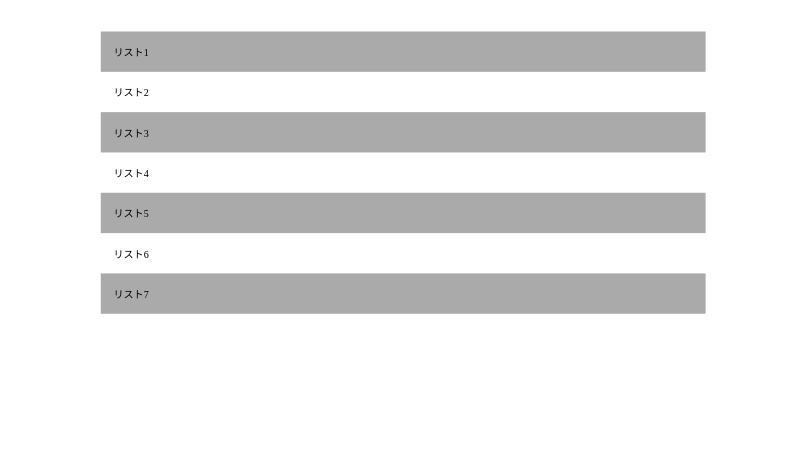
Repository: Y-takumi0/DMMwebcamp
Page: exercise/chapter8.html
The author's editor kept a record of every edit. The page is drawn from the files as they stood at one moment, then again after the next edit.
The browser window is 1280 px wide. The pictures show the whole page, at 63% of full size.

Above is the page before.

After the next edit:
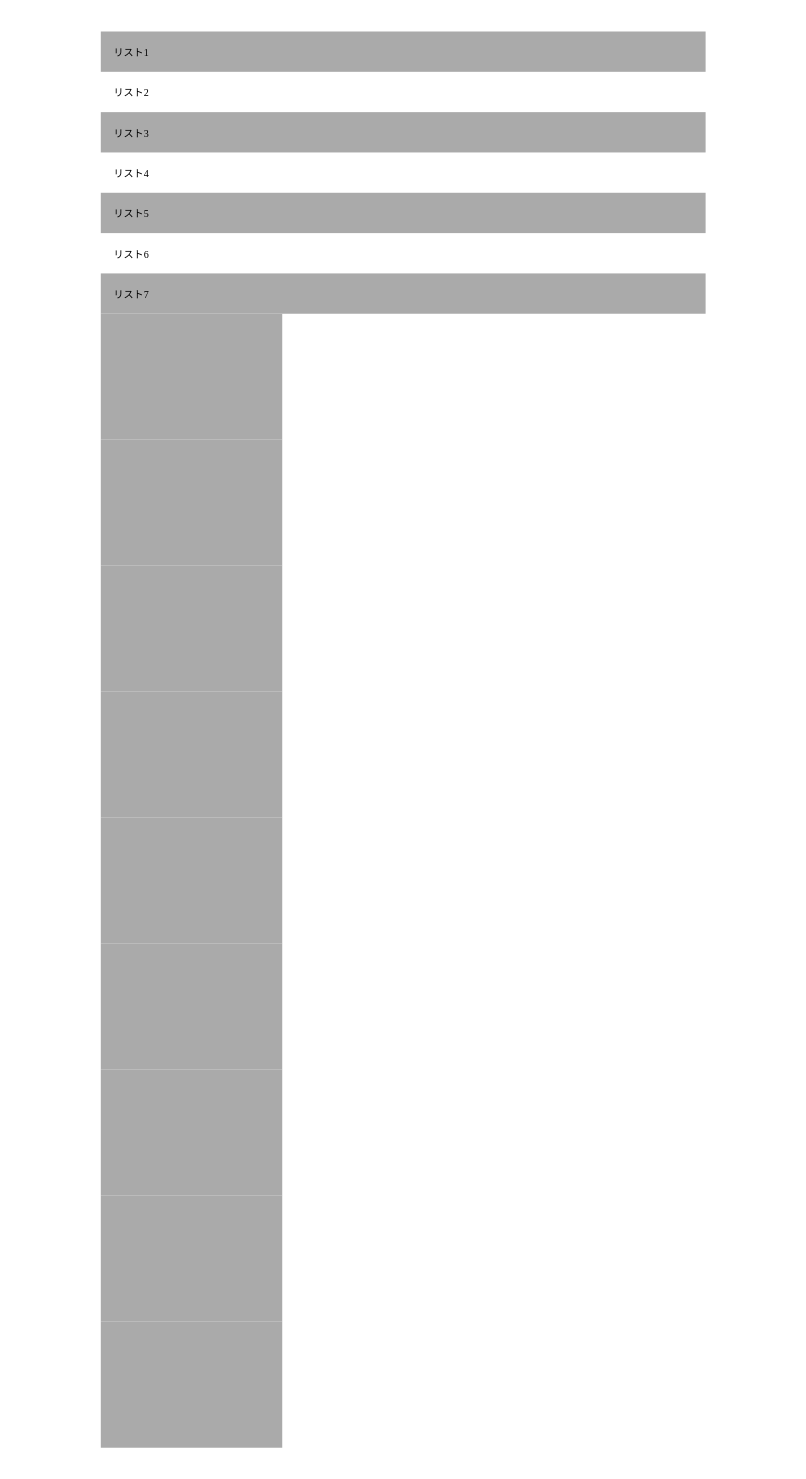
The edit:
--- a/exercise/chapter8.html
+++ b/exercise/chapter8.html
@@ -17,15 +17,15 @@
         <li class="item">リスト6</li>
         <li class="item">リスト7</li>
       </ul>
-      <div class="box1"></div>
-      <div class="box2"></div>
-      <div class="box3"></div>
-      <div class="box4"></div>
-      <div class="box5"></div>
-      <div class="box6"></div>
-      <div class="box7"></div>
-      <div class="box8"></div>
-      <div class="box9"></div>
+      <div class="box"></div>
+      <div class="box"></div>
+      <div class="box"></div>
+      <div class="box"></div>
+      <div class="box"></div>
+      <div class="box"></div>
+      <div class="box"></div>
+      <div class="box"></div>
+      <div class="box"></div>
     </main>
   </body>
 </html>
